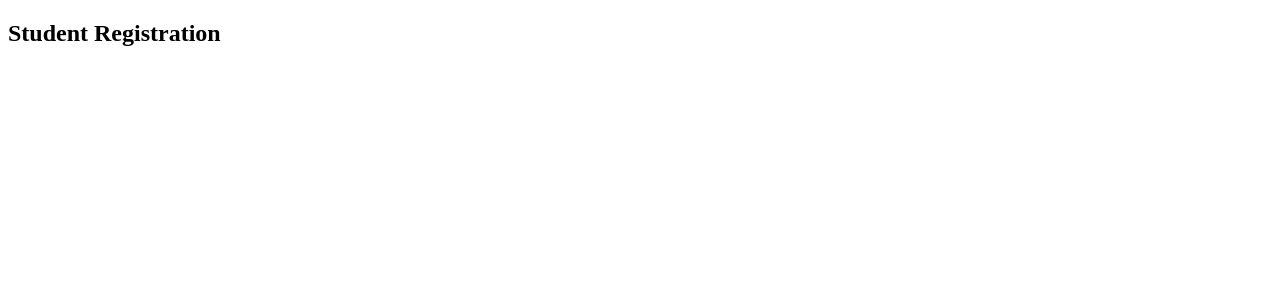
Repository: priyankagit8692/Phase_2_SimpliLearn-
Page: http://localhost/LearnerAcademyProject/AddStudent.jsp
The author's editor kept a copy of each file at every save. The page is drawn from the files as they stood at one save, then again after the next save.
The browser window is 1280 px wide. The pictures show the whole page.
The page is served by Tomcat 9.

Above is the page before, as saved 2021-03-18 05:24:38.

After the next save:
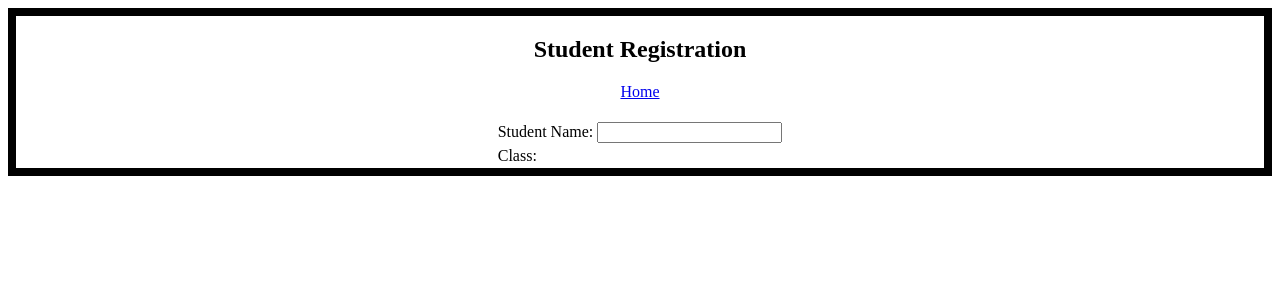
Saved 2 h 40 min later.
--- a/FinalProjectPhase2/LearnerAcademyProject/WebContent/AddStudent.jsp
+++ b/FinalProjectPhase2/LearnerAcademyProject/WebContent/AddStudent.jsp
@@ -7,6 +7,21 @@
 <title>Add student</title>
 </head>
 <body>
+<div align="center" style="border: solid 8px black">
 <h2>Student Registration</h2>
+
+
+        <a href="MainHomePage.jsp">Home</a><br><br>
+        <form action="addStudent" method="post">
+        <table>
+         <tr>
+           <td>Student Name:</td>
+           <td><input type="text" name="name"/></td>
+         </tr>
+        <tr>
+          <td>Class:</td>
+           <%
+
+           %>
 </body>
 </html>
